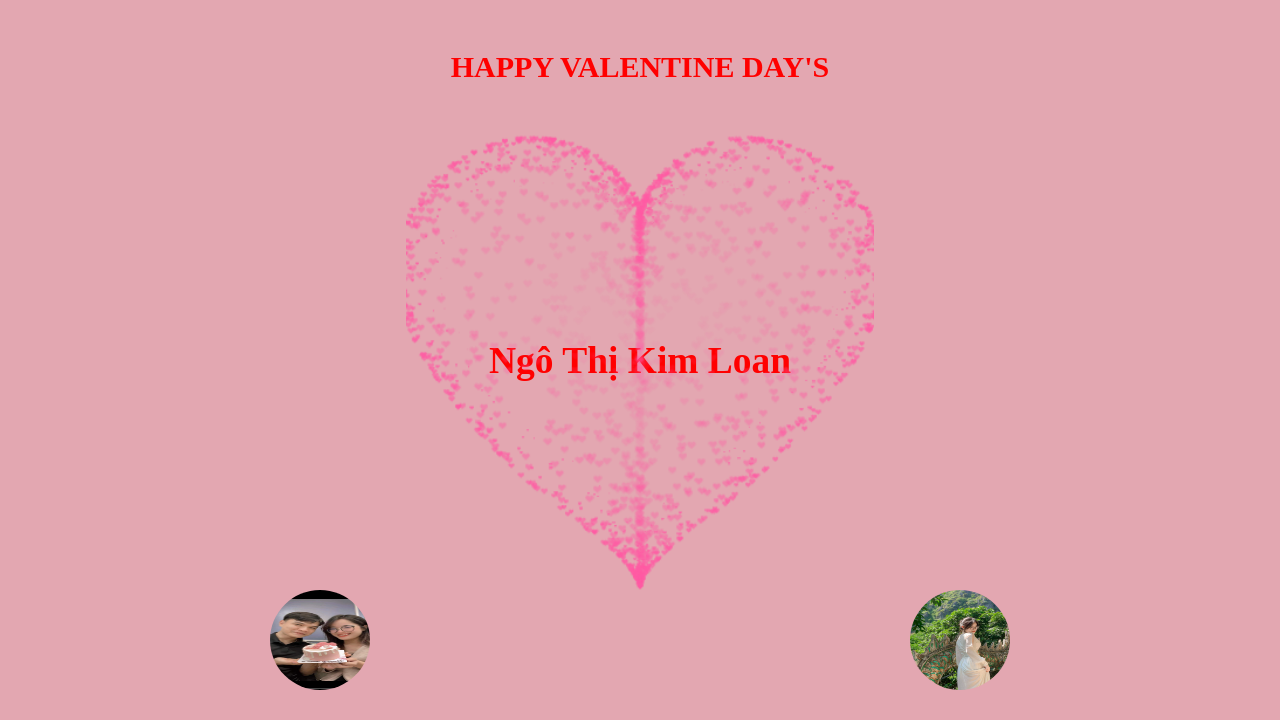
Repository: congbnvn0709/happy-valentine
Page: index.html
An editor plug-in stored every save of this project. The page is shown before and after the next save, followed by the edit.
The browser window is 1280 px wide. The pictures show the whole page.

Above is the page before, as saved 2023-01-30 23:34:14.

### index.html
<!DOCTYPE html PUBLIC "-//W3C//DTD HTML 4.0 Transitional//EN">
<html>
  <head>
    <title>Happy valentine day's</title>
    <meta name="Generator" content="EditPlus" />
    <meta name="Author" content="" />
    <meta name="Keywords" content="" />
    <meta name="Description" content="" />
    <link rel="stylesheet" type="text/css" href="style.css" />
  </head>

  <body>
    <p class="title">HAPPY VALENTINE DAY'S</p>
    <h1>Ngô Thị Kim Loan</h1>

    <div class="box">
      <canvas id="pinkboard"></canvas>
    </div>
    <div class="image">
        <img class="image1" src="./person1.jpg" alt="" srcset="">
        <img class="image1" src="./person2.jpg" alt="" srcset="">
    </div>
    <script src="app.js"></script>
  </body>
</html>

### style.css
html,
body {
  height: 100%;
  padding: 0;
  margin: 0;
  background: rgb(227, 167, 177);
  display: flex;
  justify-content: center;
  align-items: center;
}

h1 {
  color: red;
}

.box {
  width: 100%;
  position: absolute;
  top: 50%;
  left: 50%;
  transform: translate(-50%, -50%);
  display: flex;
  flex-direction: column;
}

canvas {
  position: absolute;
  width: 100%;
  height: 100%;
}

#pinkboard {
  position: relative;
  margin: auto;
  height: 400px;
  width: 400px;
  animation: animate 2s infinite;
}

h1 {
  animation: animate 2s infinite;
}

#pinkboard:before,
#pinkboard:after {
  content: "";

  position: absolute;

  background: #ff5ca4;

  width: 100px;

  height: 160px;

  border-top-left-radius: 50px;

  border-top-right-radius: 50px;
}

#pinkboard:before {
  left: 100px;

  transform: rotate(-45deg);

  transform-origin: 0 100%;

  box-shadow: 0 14px 28px rgba(0, 0, 0, 0.25), 0 10px 10px rgba(0, 0, 0, 0.22);
}

#pinkboard:after {
  left: 0;

  transform: rotate(45deg);

  transform-origin: 100% 100%;
}

@keyframes animate {
  0% {
    transform: scale(1);
  }

  30% {
    transform: scale(0.8);
  }

  60% {
    transform: scale(1.2);
  }

  100% {
    transform: scale(1);
  }
}

.title {
  position: absolute;
  top: 20px;
  color: red;
  font-size: 30px;
  font-weight: 700;
}
.image{
    display: flex;
    width: 100%;
    justify-content: space-around;
    position: absolute;
    bottom: 30px;
}
.image1{
    width: 100px;
    height: 100px;
    border-radius: 50%;
}

### app.js
var settings = {
    particles: {
      length: 2000,
      duration: 3,
      velocity: 100,
      effect: -1,
      size: 8,
    },
  };

  (function () {
    var b = 0;

    var c = ["ms", "moz", "webkit", "o"];

    for (var a = 0; a < c.length && !window.requestAnimationFrame; ++a) {
      window.requestAnimationFrame = window[c[a] + "RequestAnimationFrame"];

      window.cancelAnimationFrame =
        window[c[a] + "CancelAnimationFrame"] ||
        window[c[a] + "CancelRequestAnimationFrame"];
    }

    if (!window.requestAnimationFrame) {
      window.requestAnimationFrame = function (h, e) {
        var d = new Date().getTime();

        var f = Math.max(0, 16 - (d - b));

        var g = window.setTimeout(function () {
          h(d + f);
        }, f);

        b = d + f;

        return g;
      };
    }

    if (!window.cancelAnimationFrame) {
      window.cancelAnimationFrame = function (d) {
        clearTimeout(d);
      };
    }
  })();

  var Point = (function () {
    function Point(x, y) {
      this.x = typeof x !== "undefined" ? x : 0;

      this.y = typeof y !== "undefined" ? y : 0;
    }

    Point.prototype.clone = function () {
      return new Point(this.x, this.y);
    };

    Point.prototype.length = function (length) {
      if (typeof length == "undefined")
        return Math.sqrt(this.x * this.x + this.y * this.y);

      this.normalize();

      this.x *= length;

      this.y *= length;

      return this;
    };

    Point.prototype.normalize = function () {
      var length = this.length();

      this.x /= length;

      this.y /= length;

      return this;
    };

    return Point;
  })();

  var Particle = (function () {
    function Particle() {
      this.position = new Point();

      this.velocity = new Point();

      this.acceleration = new Point();

      this.age = 0;
    }

    Particle.prototype.initialize = function (x, y, dx, dy) {
      this.position.x = x;

      this.position.y = y;

      this.velocity.x = dx;

      this.velocity.y = dy;

      this.acceleration.x = dx * settings.particles.effect;

      this.acceleration.y = dy * settings.particles.effect;

      this.age = 0;
    };

    Particle.prototype.update = function (deltaTime) {
      this.position.x += this.velocity.x * deltaTime;

      this.position.y += this.velocity.y * deltaTime;

      this.velocity.x += this.acceleration.x * deltaTime;

      this.velocity.y += this.acceleration.y * deltaTime;

      this.age += deltaTime;
    };

    Particle.prototype.draw = function (context, image) {
      function ease(t) {
        return --t * t * t + 1;
      }

      var size = image.width * ease(this.age / settings.particles.duration);

      context.globalAlpha = 1 - this.age / settings.particles.duration;

      context.drawImage(
        image,

        this.position.x - size / 2,

        this.position.y - size / 2,

        size,

        size
      );
    };

    return Particle;
  })();

  var ParticlePool = (function () {
    var particles,
      firstActive = 0,
      firstFree = 0,
      duration = settings.particles.duration;

    function ParticlePool(length) {
      particles = new Array(length);

      for (var i = 0; i < particles.length; i++)
        particles[i] = new Particle();
    }

    ParticlePool.prototype.add = function (x, y, dx, dy) {
      particles[firstFree].initialize(x, y, dx, dy);

      firstFree++;

      if (firstFree == particles.length) firstFree = 0;

      if (firstActive == firstFree) firstActive++;

      if (firstActive == particles.length) firstActive = 0;
    };

    ParticlePool.prototype.update = function (deltaTime) {
      var i;

      if (firstActive < firstFree) {
        for (i = firstActive; i < firstFree; i++)
          particles[i].update(deltaTime);
      }

      if (firstFree < firstActive) {
        for (i = firstActive; i < particles.length; i++)
          particles[i].update(deltaTime);

        for (i = 0; i < firstFree; i++) particles[i].update(deltaTime);
      }

      while (
        particles[firstActive].age >= duration &&
        firstActive != firstFree
      ) {
        firstActive++;

        if (firstActive == particles.length) firstActive = 0;
      }
    };

    ParticlePool.prototype.draw = function (context, image) {
      if (firstActive < firstFree) {
        for (i = firstActive; i < firstFree; i++)
          particles[i].draw(context, image);
      }

      if (firstFree < firstActive) {
        for (i = firstActive; i < particles.length; i++)
          particles[i].draw(context, image);

        for (i = 0; i < firstFree; i++) particles[i].draw(context, image);
      }
    };

    return ParticlePool;
  })();

  (function (canvas) {
    var context = canvas.getContext("2d"),
      particles = new ParticlePool(settings.particles.length),
      particleRate =
        settings.particles.length / settings.particles.duration,
      time;

    function pointOnHeart(t) {
      return new Point(
        160 * Math.pow(Math.sin(t), 3),

        130 * Math.cos(t) -
          50 * Math.cos(2 * t) -
          20 * Math.cos(3 * t) -
          10 * Math.cos(4 * t) +
          25
      );
    }

    var image = (function () {
      var canvas = document.createElement("canvas"),
        context = canvas.getContext("2d");

      canvas.width = settings.particles.size;

      canvas.height = settings.particles.size;

      function to(t) {
        var point = pointOnHeart(t);

        point.x =
          settings.particles.size / 2 +
          (point.x * settings.particles.size) / 350;

        point.y =
          settings.particles.size / 2 -
          (point.y * settings.particles.size) / 350;

        return point;
      }

      context.beginPath();

      var t = -Math.PI;

      var point = to(t);

      context.moveTo(point.x, point.y);

      while (t < Math.PI) {
        t += 0.01;

        point = to(t);

        context.lineTo(point.x, point.y);
      }

      context.closePath();

      context.fillStyle = "#FF5CA4";

      context.fill();

      var image = new Image();

      image.src = canvas.toDataURL();

      return image;
    })();

    function render() {
      requestAnimationFrame(render);

      var newTime = new Date().getTime() / 1000,
        deltaTime = newTime - (time || newTime);

      time = newTime;

      context.clearRect(0, 0, canvas.width, canvas.height);

      var amount = particleRate * deltaTime;

      for (var i = 0; i < amount; i++) {
        var pos = pointOnHeart(Math.PI - 2 * Math.PI * Math.random());

        var dir = pos.clone().length(settings.particles.velocity);

        particles.add(
          canvas.width / 2 + pos.x,

          canvas.height / 2 - pos.y,

          dir.x,

          -dir.y
        );
      }

      particles.update(deltaTime);

      particles.draw(context, image);
    }

    function onResize() {
      canvas.width = canvas.clientWidth;

      canvas.height = canvas.clientHeight;
    }

    window.onresize = onResize;

    setTimeout(function () {
      onResize();

      render();
    }, 10);
  })(document.getElementById("pinkboard"));

After the next save:
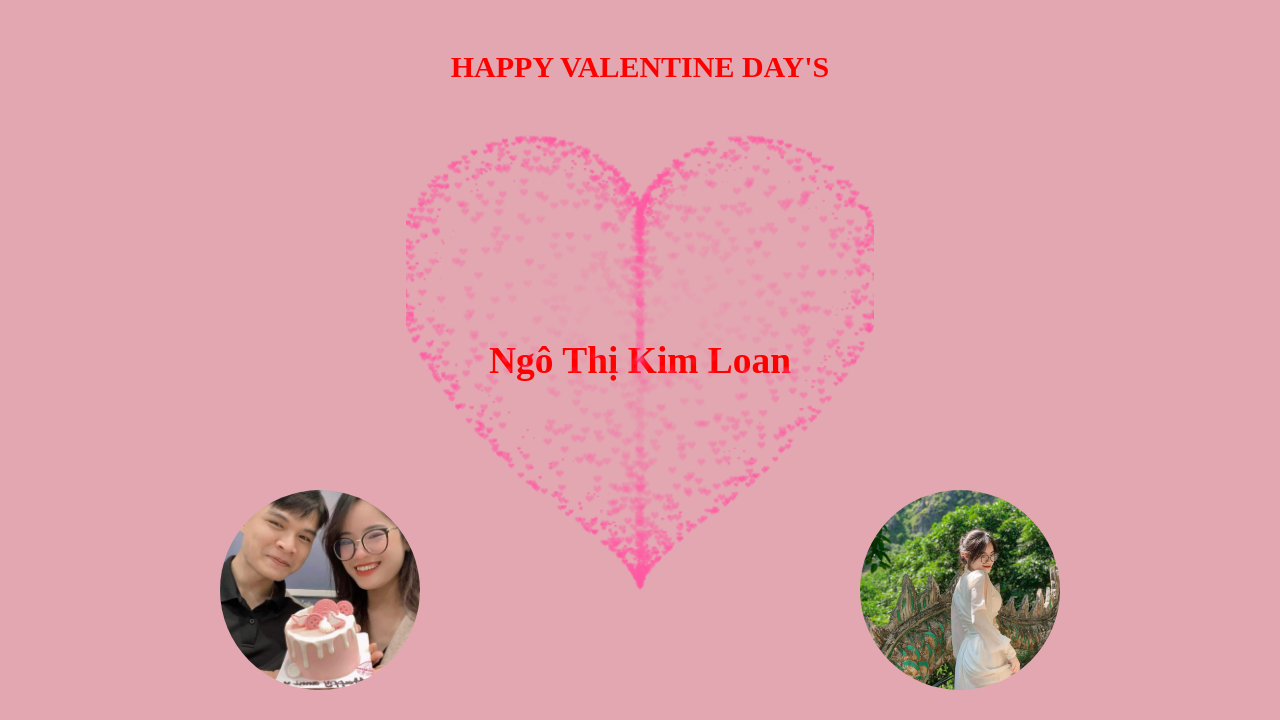
Saved 36 s later.
--- a/style.css
+++ b/style.css
@@ -109,7 +109,8 @@ h1 {
     bottom: 30px;
 }
 .image1{
-    width: 100px;
-    height: 100px;
+    width: 200px;
+    height: 200px;
     border-radius: 50%;
+    object-fit: cover;
 }
